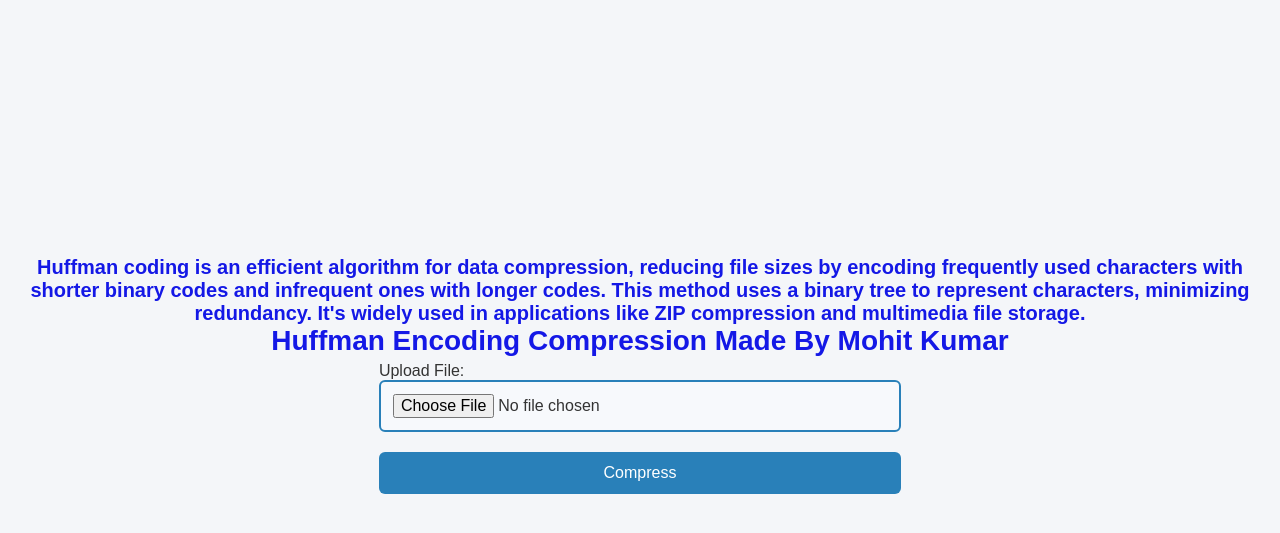
Repository: Mohitkumar1322/huffmane_coding
Page: http://localhost/
These files come from the project's save history. The page is drawn as it stood at one moment and after the next save; the edit follows.
The browser window is 1280 px wide. The pictures show the whole page.
The page is served by the project's application, run on Flask 3 (main.py).

Above is the page before, as saved 2024-11-07 19:29:53.

After the next save:
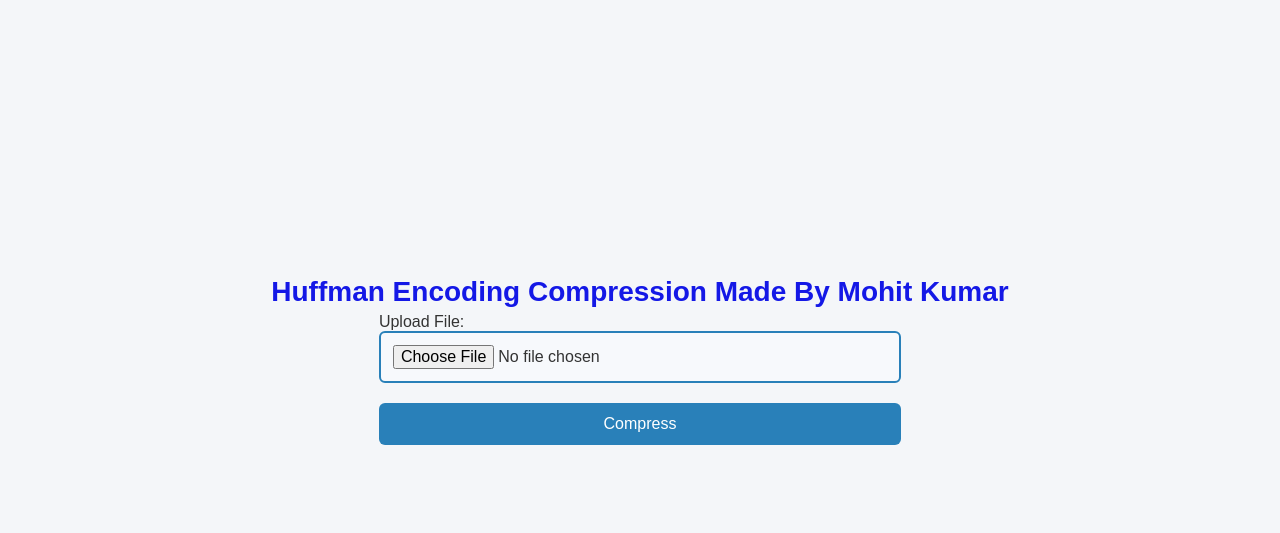
Saved 15 s later.
--- a/templates/index.html
+++ b/templates/index.html
@@ -7,9 +7,7 @@
     <title>Huffman Encoding</title>
 </head>
 <body>
-    <h2>Huffman coding is an efficient algorithm for data compression, reducing file sizes by encoding frequently used
-         characters with shorter binary codes and infrequent ones with longer codes. This method uses a binary tree to represent
-         characters, minimizing redundancy. It's widely used in applications like ZIP compression and multimedia file storage.</h2>
+
     <h1>Huffman Encoding Compression Made By Mohit Kumar</h1>
     <form action="/compress" method="POST" enctype="multipart/form-data">
         <label for="file">Upload File:</label>
